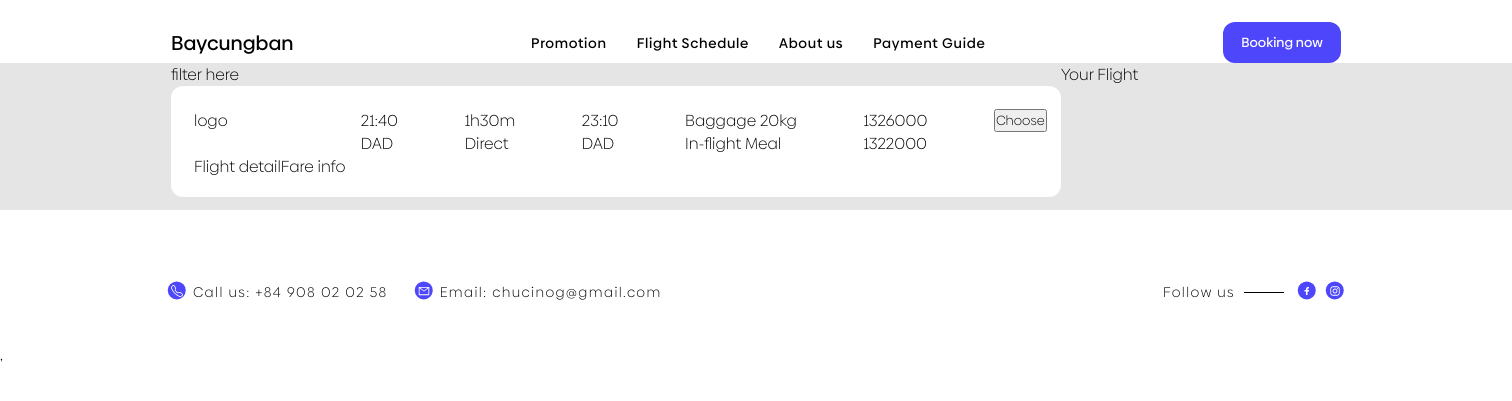
Repository: pinocoding/my-flying
Page: /list (app in my-flying/)
An editor plug-in stored every save of this project. The page is shown before and after a run of saves, followed by the edit.
The browser window is 1280 px wide. The page is 1512 px wide, so the pictures cover 1512 px, including what lies to the right of the window. The pictures show the whole page.
The project was rebuilt for these pictures with package versions that can differ from the ones it lists, and the page was loaded fresh each time. Also part of the build but not shown: my-flying/src/components/InDecreaBtn/InDecreaBtn.js, my-flying/src/components/TravelBooking/TravelBooking.css, my-flying/src/components/TravelBooking/TravelBooking.js, my-flying/src/components/home/Home.css, my-flying/src/components/home/Home.js. Imported but missing from the stored project, and not drawn on this page: my-flying/src/reportWebVitals.

Above is the page before, as saved 2022-09-09 17:02:58.

After the next 3 saves:
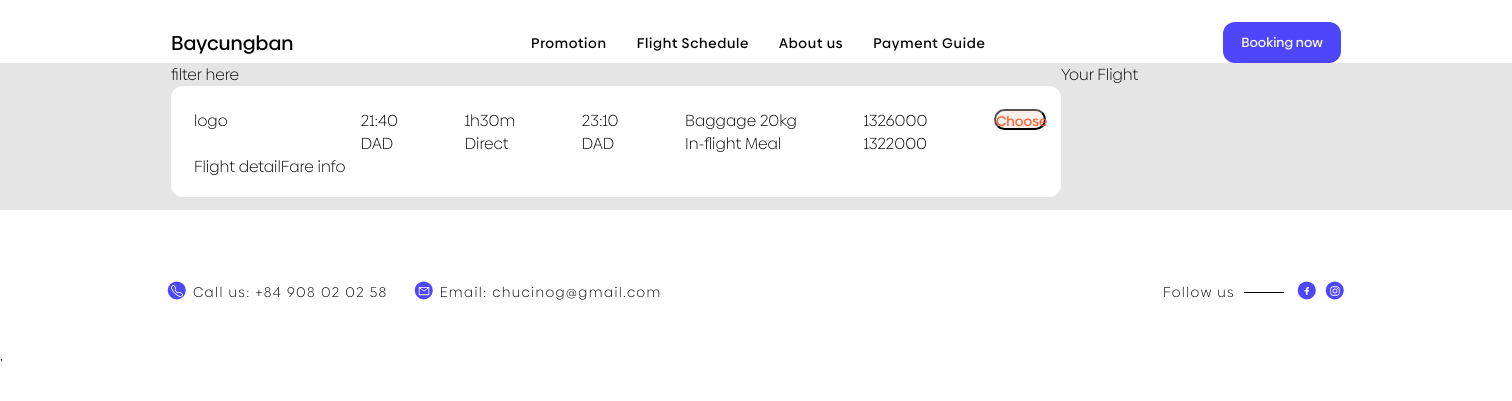
The 3 saves are shown as one change because they came seconds apart.
The last was saved 18 s later.
--- a/my-flying/src/components/FlightsInfor/FlightInfor.css
+++ b/my-flying/src/components/FlightsInfor/FlightInfor.css
@@ -15,7 +15,7 @@
   list-style: none;
   display: flex;
 }
-.flight-choose {
+.flight-choose button {
   width: 82px;
   height: 33px;
   background: rgba(240, 99, 54, 0.1);
